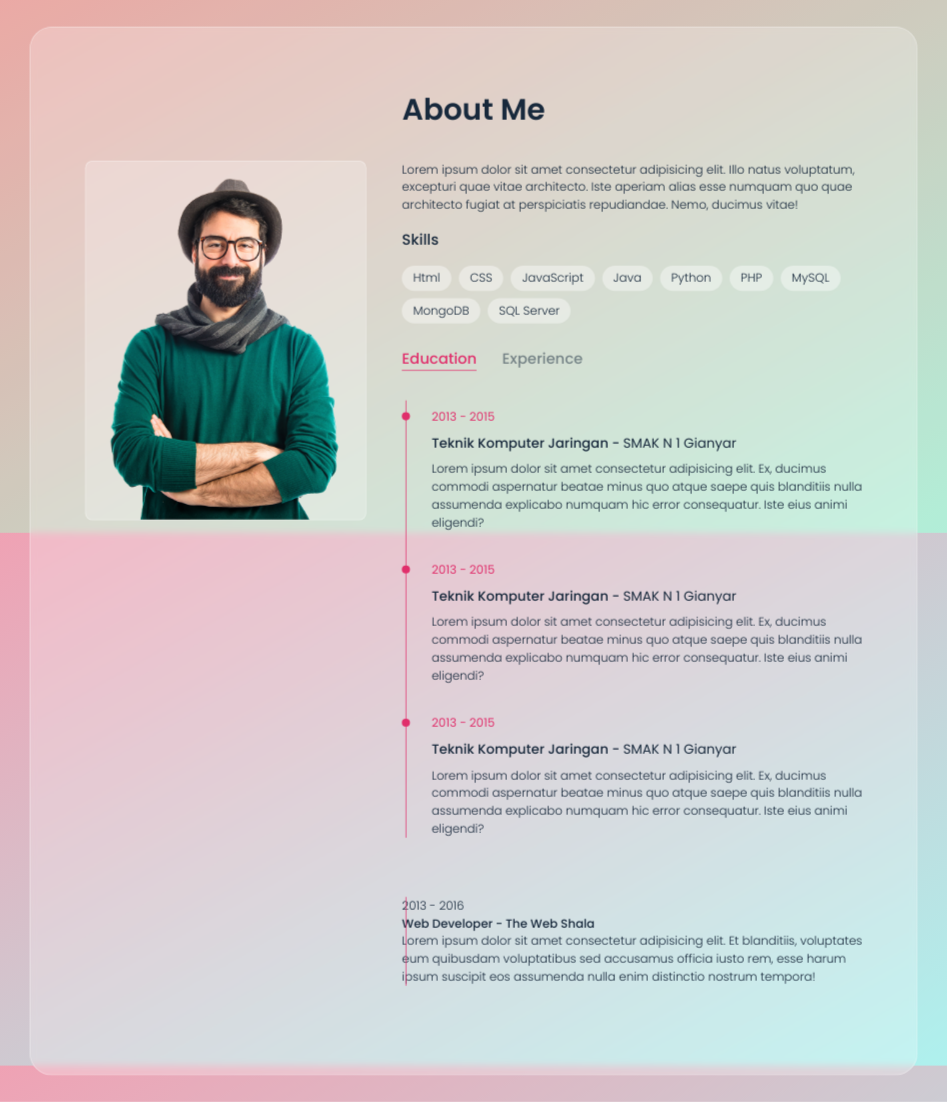
Repository: dewaary/Glassmorp-me
Page: index.html
An editor plug-in stored every save of this project. The page is shown before and after the next save, followed by the edit.
The browser window is 1280 px wide. The pictures show the whole page, at 74% of full size.
Backgrounds fixed to the window are drawn as part of the page.

Above is the page before, as saved 2021-05-25 23:10:01.
Not found: js/script,js

### index.html
<!DOCTYPE html>
<html lang="en">

<head>
    <meta charset="UTF-8">
    <meta http-equiv="X-UA-Compatible" content="IE=edge">
    <meta name="viewport" content="width=device-width, initial-scale=1.0">
    <link rel="stylesheet" href="style.css">
    <title>Document</title>
</head>

<body>
    <div class="main">
        <section class="home-section align-items-center hidden">
            <div class="container">
                <div class="row align-items-center">
                    <div class="home-text">
                        <p>Hello, I'm</p>
                        <h1>Dewa Ari</h1>
                        <h2>Full-Stack Web Developer</h2>
                        <a href="#" class="btn">more about me</a>
                        <a href="#" class="btn">portfolio</a>
                    </div>
                    <div class="home-img">
                        <div class="img-box">
                            <img src="img/profile-img.png" alt="profile-img">
                        </div>
                    </div>
                </div>
            </div>
        </section>

        <!-- About Section -->
        <section class="about-section sec-padding">
            <div class="container">
                <div class="row">
                    <div class="section-title">
                        <h2>About me</h2>
                    </div>
                </div>
                <div class="row">
                    <div class="about-img">
                        <div class="img-box">
                            <img src="img/about-img.png" alt="About Image">
                        </div>
                    </div>
                    <div class="about-text">
                        <p>Lorem ipsum dolor sit amet consectetur adipisicing elit. Illo natus voluptatum, excepturi
                            quae vitae architecto. Iste aperiam alias esse numquam quo quae architecto fugiat at
                            perspiciatis repudiandae. Nemo, ducimus vitae!</p>
                        <h3>Skills</h3>
                        <div class="skills">
                            <div class="skill-item">Html</div>
                            <div class="skill-item">CSS</div>
                            <div class="skill-item">JavaScript</div>
                            <div class="skill-item">Java</div>
                            <div class="skill-item">Python</div>
                            <div class="skill-item">PHP</div>
                            <div class="skill-item">MySQL</div>
                            <div class="skill-item">MongoDB</div>
                            <div class="skill-item">SQL Server</div>
                        </div>

                        <div class="about-tabs">
                            <button type="button" class="tab-item active" data-target="#education">Education</button>
                            <button type="button" class="tab-item" data-target="#experience">Experience</button>
                        </div>
                        <!-- Education Start -->
                        <div class="tab-content" id="education">
                            <div class="timeline">
                                <div class="timeline-item">
                                    <span class="date">2013 - 2015</span>
                                    <h4>Teknik Komputer Jaringan - <span>SMAK N 1 Gianyar</span></h4>
                                    <p>Lorem ipsum dolor sit amet consectetur adipisicing elit. Ex, ducimus commodi
                                        aspernatur beatae minus quo atque saepe quis blanditiis nulla assumenda
                                        explicabo numquam hic error consequatur. Iste eius animi eligendi?</p>
                                </div>
                                <div class="timeline-item">
                                    <span class="date">2013 - 2015</span>
                                    <h4>Teknik Komputer Jaringan - <span>SMAK N 1 Gianyar</span></h4>
                                    <p>Lorem ipsum dolor sit amet consectetur adipisicing elit. Ex, ducimus commodi
                                        aspernatur beatae minus quo atque saepe quis blanditiis nulla assumenda
                                        explicabo numquam hic error consequatur. Iste eius animi eligendi?</p>
                                </div>
                                <div class="timeline-item">
                                    <span class="date">2013 - 2015</span>
                                    <h4>Teknik Komputer Jaringan - <span>SMAK N 1 Gianyar</span></h4>
                                    <p>Lorem ipsum dolor sit amet consectetur adipisicing elit. Ex, ducimus commodi
                                        aspernatur beatae minus quo atque saepe quis blanditiis nulla assumenda
                                        explicabo numquam hic error consequatur. Iste eius animi eligendi?</p>
                                </div>
                            </div>
                        </div>
                        <!-- Education End -->


                        <!-- Experince Start -->
                        <div class="tab-content" id="experience">
                            <div class="timeline">
                                <div class="timeline-time">
                                    <span class="date">2013 - 2016</span>
                                    <h4>Web Developer - <span>The Web Shala</span></h4>
                                    <p>Lorem ipsum dolor sit amet consectetur adipisicing elit. Et blanditiis,
                                        voluptates eum quibusdam voluptatibus sed accusamus officia iusto rem, esse
                                        harum ipsum suscipit eos assumenda nulla enim distinctio nostrum tempora!</p>
                                </div>
                            </div>
                        </div>

                    </div>
                </div>
            </div>
        </section>

    </div>
    <script src="js/script,js"></script>
</body>

</html>

### style.css
/* Fonts */
@import url("https://fonts.googleapis.com/css2?family=Poppins:wght@300;400;500;600;700&display=swap");

/* Variables */

:root {
  --main-color: #e02f6b;
  --blue: #0000ff;
  --blue-dark: #18293c;
  --orange: #ffa500;
  --green-yellow: #cddc39;
  --pink-light: #efa2b4;
  --cyan-light: #aef1ee;
  --white: #ffffff;
  --white-alpha-40: rgba(255, 255, 255, 0.4);
  --white-alpha-25: rgba(255, 255, 255, 0.25);
  --backdrop-filter-blur: blur(5px);
}

* {
  box-sizing: border-box;
  padding: 0;
  margin: 0;
  outline: none;
}

::before,
::after {
  box-sizing: border-box;
}

body {
  min-height: 100vh;
  background-image: linear-gradient(
    to bottom right,
    var(--pink-light),
    var(--cyan-light)
  );
  background-attachment: fixed;
  font-size: 16px;
  font-family: "Poppins", sans-serif;
  font-weight: 300;
  color: var(--blue-dark);
  line-height: 1.5;
  overflow-x: hidden;
  -webkit-tap-highlight-color: transparent;
  padding: 5vh 15px;
}

body::before {
  content: "";
  position: fixed;
  left: 0;
  top: 0;
  height: 100%;
  width: 100%;
  background-color: var(--green-yellow);
  z-index: -1;
  opacity: 0.12;
}

a {
  text-decoration: none;
}

h1,
h2 {
  font-weight: 600;
}

h3,
h4,
h5,
h6 {
  font-weight: 500;
}

img {
  max-width: 100%;
  vertical-align: middle;
}

section {
  background-color: var(--white-alpha-25);
  border: 1px solid var(--white-alpha-40);
  min-height: 90vh;
  border-radius: 30px;
  backdrop-filter: var(--backdrop-filter-blur);
}

.main {
  max-width: 1200px;
  margin: auto;
}

.row {
  display: flex;
  flex-wrap: wrap;
}

.container {
  padding: 0 40px;
  width: 100%;
}

.align-items-center {
  align-items: center;
}

.hidden {
  display: none !important;
}

.sec-padding {
  padding: 80px 0;
}

/* Section Tittle */
.section-title {
  padding: 0 15px;
  width: 100%;
  text-align: center;
  margin-bottom: 40px;
}

.section-title h2 {
  font-size: 40px;
  text-transform: capitalize;
}

/* Custome Scroolbar */

::-webkit-scrollbar {
  width: 5px;
}

::-webkit-scrollbar-track {
  background-color: var(--white);
}

::-webkit-scrollbar-thumb {
  background-color: var(--main-color);
}

/*
Buttons */

button {
  font-family: inherit;
  user-select: none;
}

.btn {
  line-height: 1.5;
  background-color: var(--white-alpha-25);
  border: 1px solid var(--white-alpha-40);
  padding: 10px 28px;
  display: inline-block;
  border-radius: 30px;
  color: var(--main-color);
  font-weight: 500;
  text-transform: capitalize;
  font-family: inherit;
  font-size: 16px;
  cursor: pointer;
  user-select: none;
  position: relative;
  overflow: hidden;
  vertical-align: middle;
  transition: width 0.3s ease;
}

.btn::before {
  content: "";
  position: absolute;
  left: 0;
  top: 0;
  height: 100%;
  width: 0%;
  background-color: var(--main-color);
  z-index: -1;
  transition: width 0.3s ease;
}

.btn:hover::before {
  width: 100%;
}
.btn:hover {
  color: var(--white);
}

/*
Home Section */

.home-section {
  display: flex;
  padding: 120px 0;
}

.home-text,
.home-img {
  width: 50%;
  padding: 15px;
}

.home-text p {
  font-size: 15px;
}

.home-text h2 {
  font-size: 20px;
  text-transform: capitalize;
  font-weight: 300;
  margin: 0 0 30px;
}

.home-text .btn {
  margin: 0 15px 15px 0;
}

.home-text h1 {
  font-size: 50px;
  text-transform: capitalize;
}

.home-img .img-box {
  max-width: 360px;
  background-color: var(--white-alpha-25);
  border-radius: 50%;
  background-color: var(--white-alpha-25);
  margin: auto;
}

.home-img .img-box img {
  width: 100%;
  border-radius: 50%;
}

/* About Section */

.about-img {
  width: 40%;
  padding: 0 15px;
}

.about-text {
  width: 60%;
  padding: 0 15px;
}

.about-img .img-box {
  background-color: var(--white-alpha-25);
  max-width: 380px;
  border: 1px solid var(--white-alpha-40);
  margin: auto;
  border-radius: 10px;
}

.about-img .img-box img {
  width: 100%;
}

.about-text h3 {
  text-transform: capitalize;
  font-size: 20px;
  margin: 20px 0;
}

.about-text .skills {
  display: flex;
  flex-wrap: wrap;
}

.about-text .skill-item {
  background-color: var(--white-alpha-25);
  background-color: var(--white-alpha-40);
  padding: 5px 15px;
  text-transform: capitalize;
  margin: 0 10px 10px 0;
  border-radius: 20px;
}

.about-tabs {
  margin-top: 20px;
}

.about-tabs .tab-item {
  padding: 2px 0;
  background-color: transparent;
  border: none;
  text-transform: capitalize;
  display: inline-block;
  color: var(--blue-dark);
  cursor: pointer;
  font-size: 20px;
  font-weight: 500;
  margin: 0 30px 0 0;
  position: relative;
  opacity: 0.5;
  transition: all 0.3s ease;
}

.about-tabs .tab-item:last-child {
  margin: 0;
}

.about-tabs .tab-item::before {
  content: "";
  position: absolute;
  left: 0;
  bottom: 0;
  width: 0%;
  height: 1px;
  background-color: var(--blue-dark);
  transition: width 0.3s ease;
}

.about-tabs .tab-item:hover::before {
  width: 100%;
}

.about-tabs .tab-item.active::before {
  width: 100%;
  background-color: var(--main-color);
}

.about-tabs .tab-item.active {
  color: var(--main-color);
  opacity: 1;
  cursor: auto;
}

.about-text .timeline{
  position: relative;
}

.about-text .timeline::before{
  content: '';
  position: absolute;
  height: 100%;
  width: 1px;
  top: 0;
  left: 5px;
  background-color: var(--main-color);
}

.about-text .tab-content {
  padding: 40px 0;
}

.about-text .timeline-item {
  margin-bottom: 30px;
  position: relative;
  padding: 10px 0 0 40px;
}

.about-text .timeline-item::before{
  content: '';
  position: absolute;
  height: 11px;
  width: 11px;
  top: 16px;
  left: 0;
  background-color: var(--main-color);
  border-radius: 50%;
}

.about-text .timeline-item:last-child {
  margin-bottom: 0;
}

.about-text .timeline-item .date {
  display: block;
  color: var(--main-color);
  font-weight: 400;
  margin: 0 0 10px;
}
.about-text .timeline-item h4 {
  font-size: 18px;
  text-transform: capitalize;
  margin: 0 0 10px;
}
.about-text .timeline-item h4 span {
  font-weight: 400;
}

After the next save:
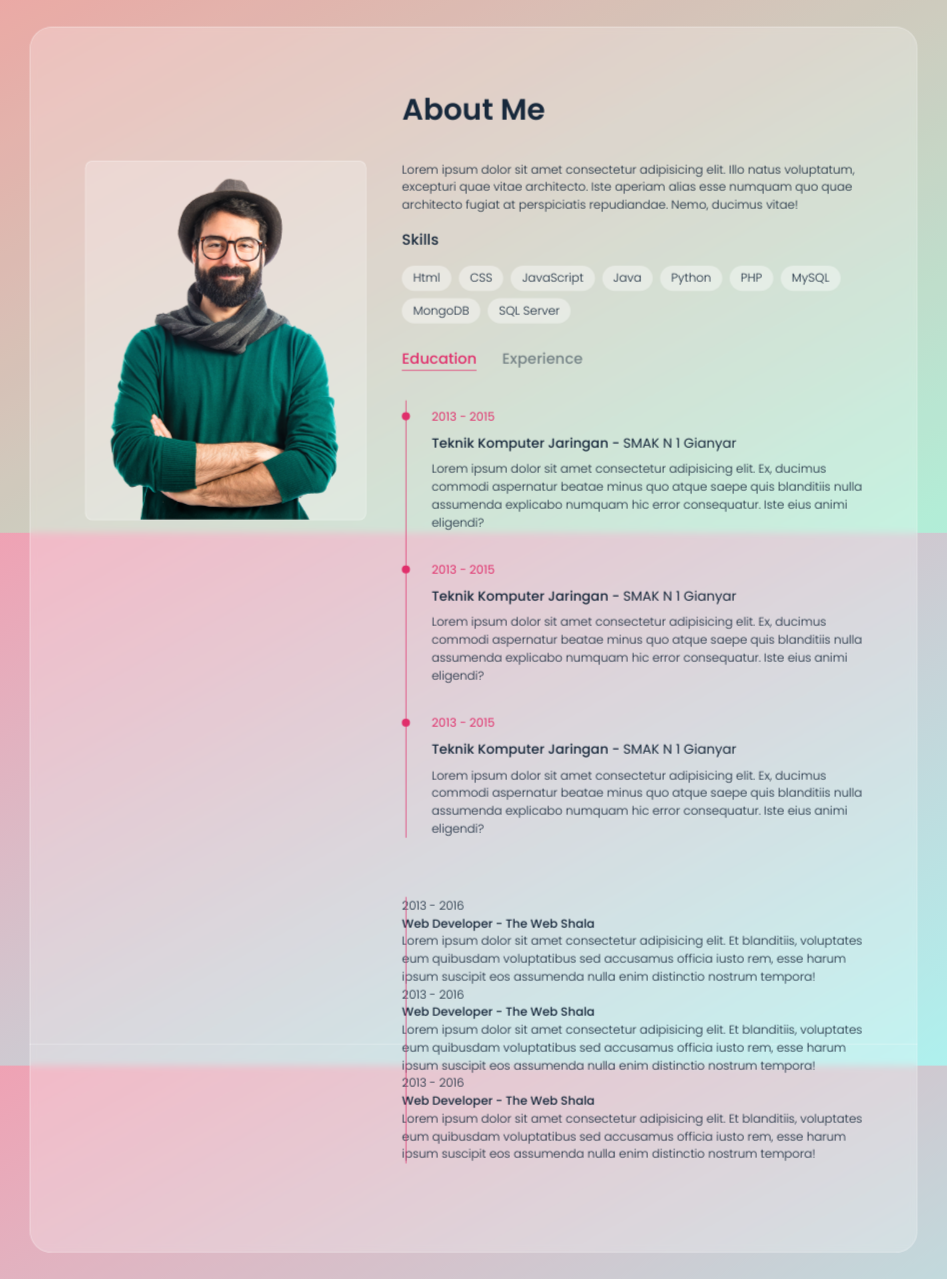
Saved 30 s later.
--- a/index.html
+++ b/index.html
@@ -104,6 +104,20 @@
                                         voluptates eum quibusdam voluptatibus sed accusamus officia iusto rem, esse
                                         harum ipsum suscipit eos assumenda nulla enim distinctio nostrum tempora!</p>
                                 </div>
+                                <div class="timeline-time">
+                                    <span class="date">2013 - 2016</span>
+                                    <h4>Web Developer - <span>The Web Shala</span></h4>
+                                    <p>Lorem ipsum dolor sit amet consectetur adipisicing elit. Et blanditiis,
+                                        voluptates eum quibusdam voluptatibus sed accusamus officia iusto rem, esse
+                                        harum ipsum suscipit eos assumenda nulla enim distinctio nostrum tempora!</p>
+                                </div>
+                                <div class="timeline-time">
+                                    <span class="date">2013 - 2016</span>
+                                    <h4>Web Developer - <span>The Web Shala</span></h4>
+                                    <p>Lorem ipsum dolor sit amet consectetur adipisicing elit. Et blanditiis,
+                                        voluptates eum quibusdam voluptatibus sed accusamus officia iusto rem, esse
+                                        harum ipsum suscipit eos assumenda nulla enim distinctio nostrum tempora!</p>
+                                </div>
                             </div>
                         </div>
 
